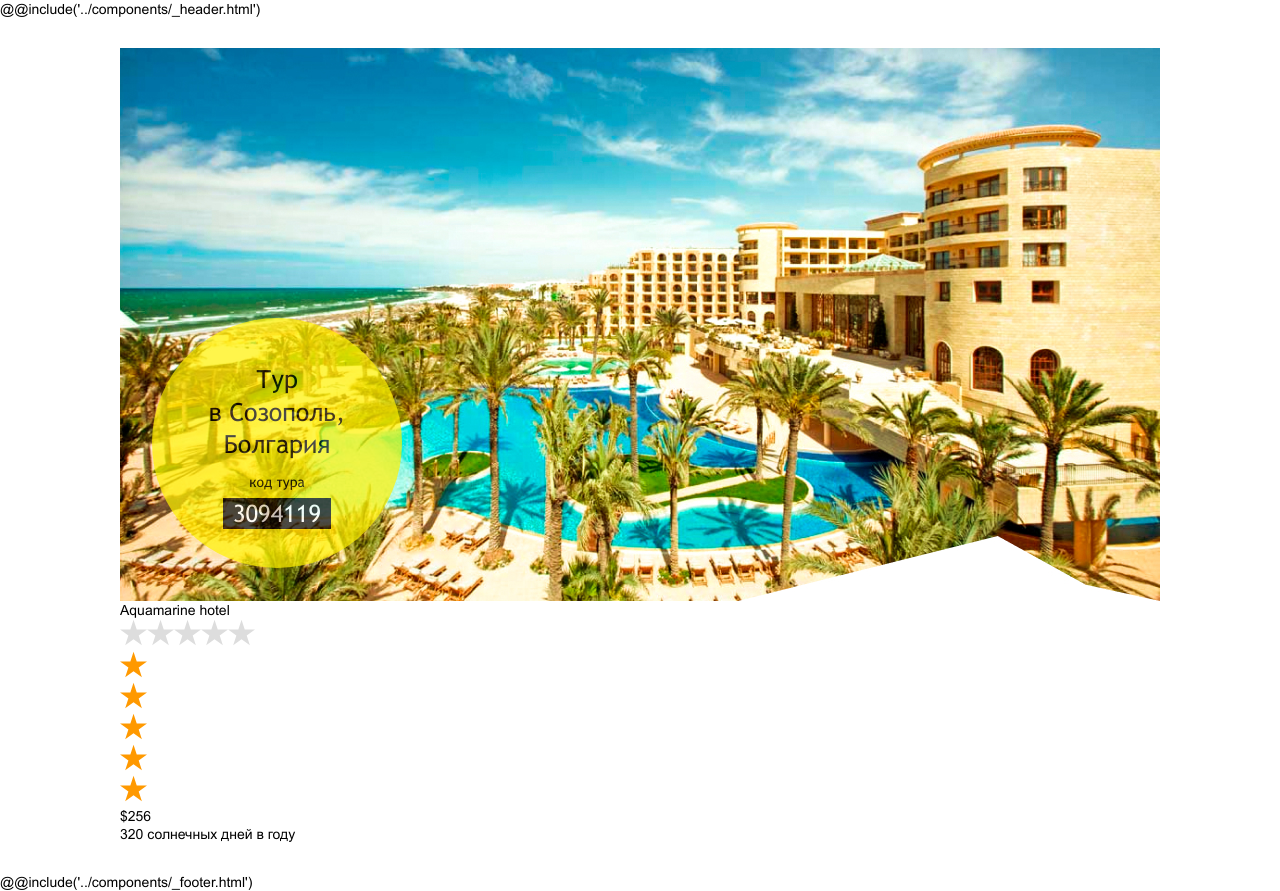
Repository: chekhunov/suntour
Page: app/html/pages/index.html
These files come from the project's save history. The page is drawn as it stood at one moment and after the next save; the edit follows.
The browser window is 1280 px wide. The pictures show the whole page.
Some web fonts or font styles are not loaded; a fallback is used. The style sheet was rebuilt from its Sass, Less or Tailwind sources for each picture, by a compiler version that may differ from the author's.

Above is the page before, as saved 2021-03-04 13:49:47.

After the next save:
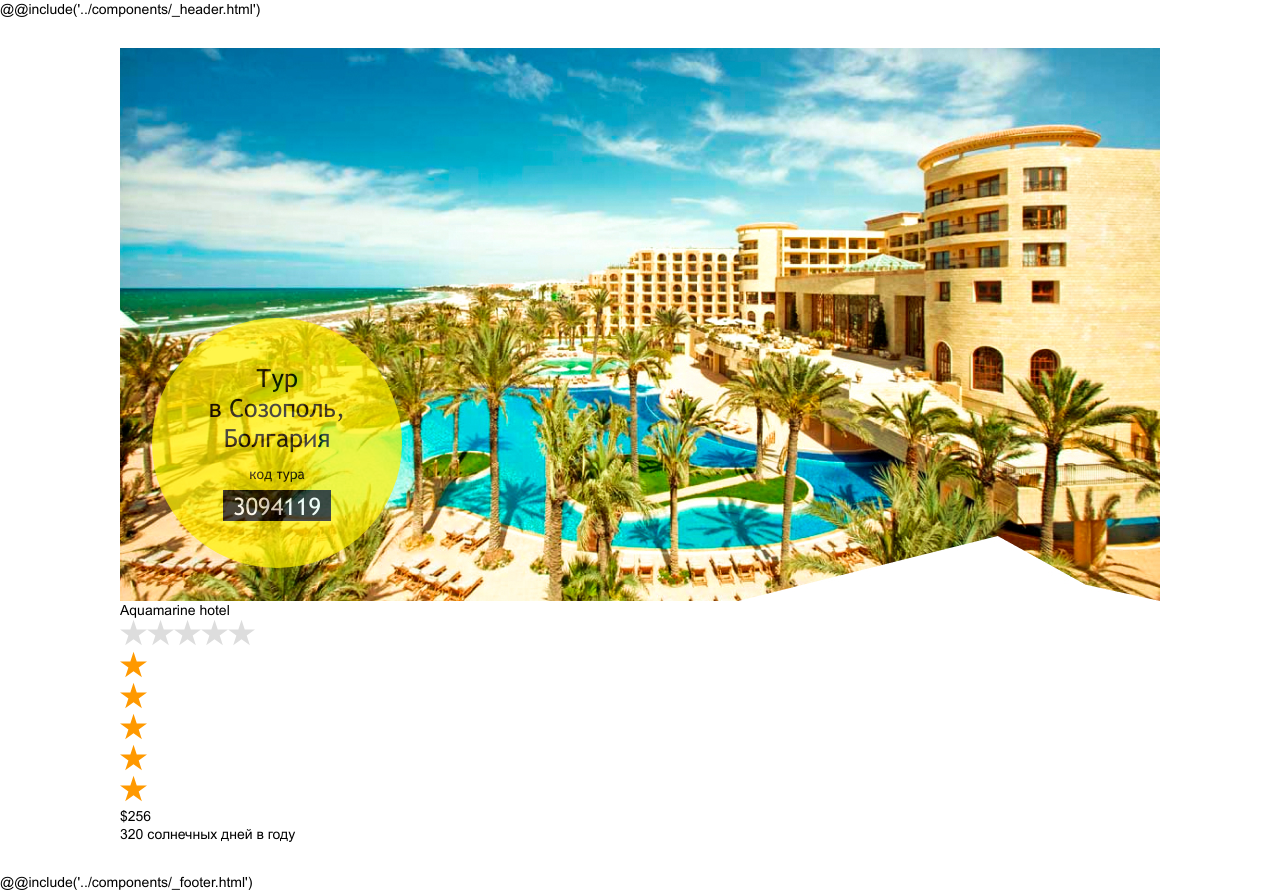
Saved 107 s later.
--- a/app/scss/components/_card-hotel.scss
+++ b/app/scss/components/_card-hotel.scss
@@ -29,6 +29,7 @@
     width: 169px;
     height: 158px;
     font-size: 25px;
+    line-height: 1.2;
     text-align: center;
     @extend %trebuchetMS-700;
   }
